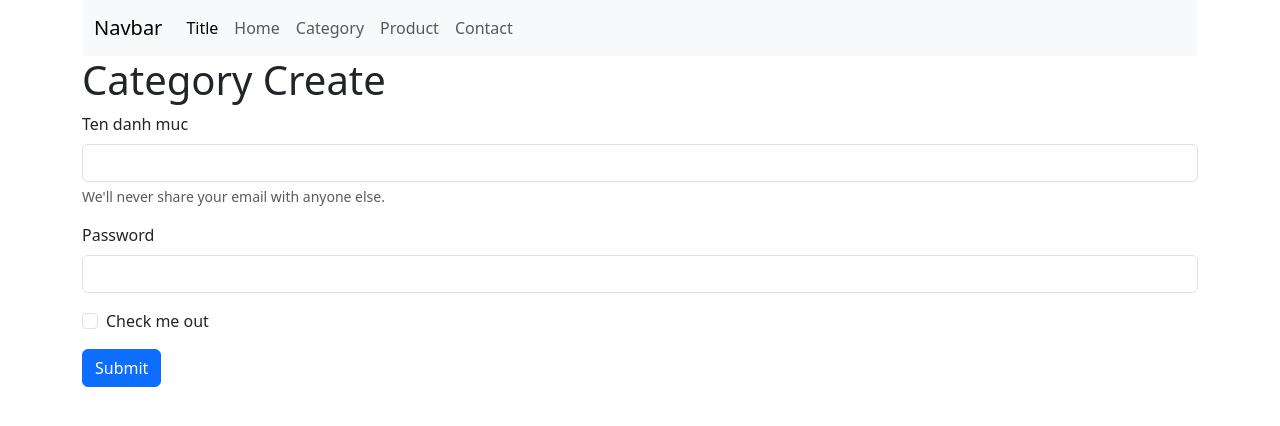
Repository: ndmq03102002/crud_laravel
Page: http://localhost/admin/category/create
An editor plug-in stored every save of this project. The page is shown before and after the next save, followed by the edit.
The browser window is 1280 px wide. The pictures show the whole page.
The page is served by the project's Laravel application, run on PHP 8.4 with Laravel 10. A made-up administrator, Test User (test@example.com), is signed in.

Above is the page before, as saved 2024-07-12 10:19:07.

After the next save:
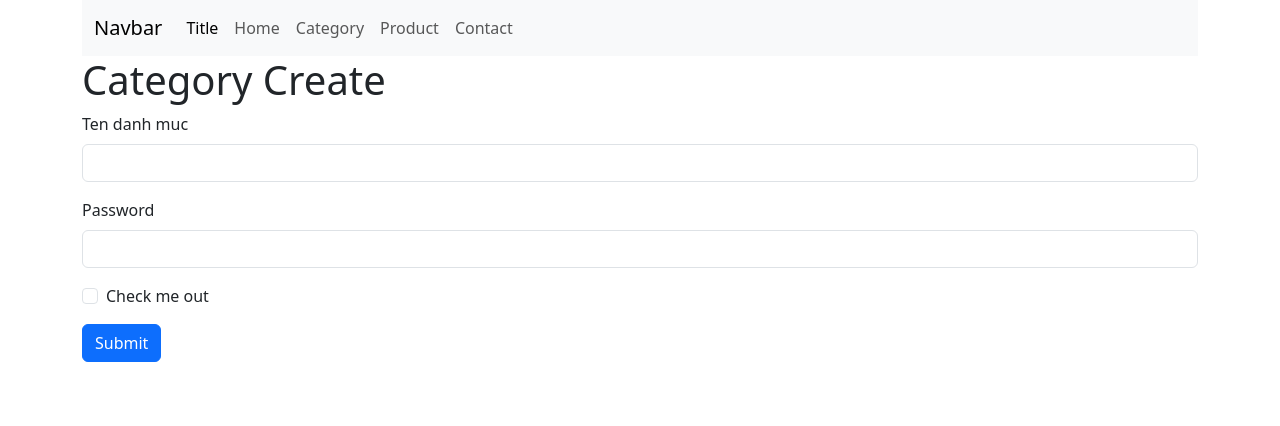
Saved 15 s later.
--- a/resources/views/admin/category/create.blade.php
+++ b/resources/views/admin/category/create.blade.php
@@ -9,7 +9,7 @@
     <div class="mb-3">
       <label for="exampleInputEmail1" class="form-label">Ten danh muc</label>
       <input type="email" class="form-control" id="exampleInputEmail1" aria-describedby="emailHelp">
-      <div id="emailHelp" class="form-text">We'll never share your email with anyone else.</div>
+
     </div>
     <div class="mb-3">
       <label for="exampleInputPassword1" class="form-label">Password</label>
